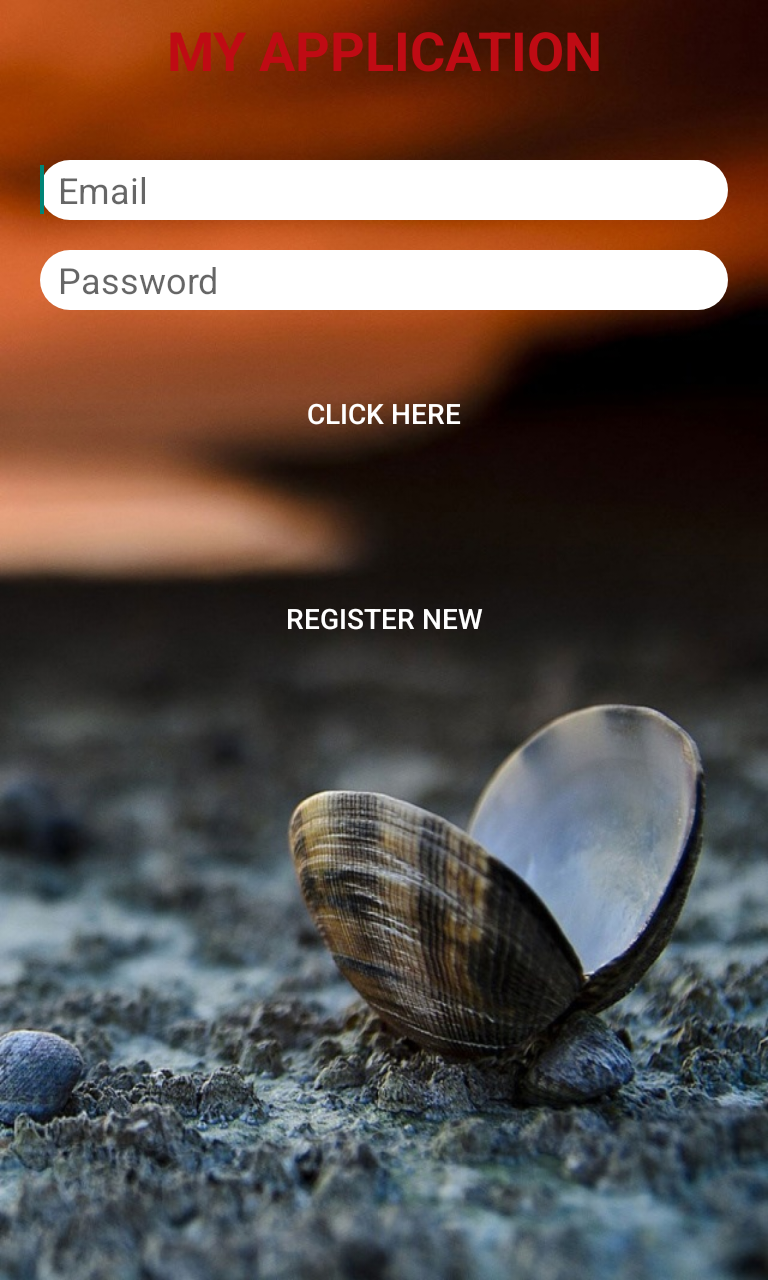
Repository: adarshnair13/message
Layout: myproject/res/layout/adarsh.xml
An editor plug-in stored every save of this project. The layout is shown before and after the next save, followed by the edit.
It is drawn on a 768 x 1280 px phone screen (xhdpi) without system bars, with theme AppTheme; the app's code is not run.

Above is the layout before, as saved 2015-04-17 07:13:58.

### myproject/res/layout/adarsh.xml
<?xml version="1.0" encoding="utf-8"?>
<LinearLayout xmlns:android="http://schemas.android.com/apk/res/android"
    android:layout_width="match_parent"
    android:layout_height="match_parent"
    android:background="@drawable/shells"
    android:orientation="vertical" >

    <TextView
        android:id="@+id/textView1"
        android:layout_width="match_parent"
        android:layout_height="50dp"
        android:gravity="center"
        android:text="MY APPLICATION"
        android:textColor="#BF0B14"
        android:textSize="27dp"
        android:textStyle="bold" />

    <EditText
        android:id="@+id/editText1"
        android:layout_width="match_parent"
        android:layout_height="30dp"
        android:layout_marginLeft="20dp"
        android:layout_marginRight="20dp"
        android:layout_marginTop="30dp"
        android:background="@drawable/curve"
        android:ems="10"
        android:hint="  Email"
        android:inputType="textEmailAddress" >

        <requestFocus />
    </EditText>

    <EditText
        android:id="@+id/editText2"
        android:layout_width="match_parent"
        android:layout_height="30dp"
        android:layout_marginLeft="20dp"
        android:layout_marginRight="20dp"
        android:layout_marginTop="15dp"
        android:background="@drawable/curve"
        android:ems="10"
        android:hint="  Password"
        android:inputType="textPassword" />

    <Button
        android:id="@+id/button1"
        style="?android:attr/buttonStyleSmall"
        android:layout_width="match_parent"
        android:layout_height="33dp"
        android:layout_margin="35dp"
        android:background="#00404040"
        android:onClick="ClickButton"
        android:text="Click Here"
        android:textColor="#ffffff" />

    <Button
        android:id="@+id/button2"
        style="?android:attr/buttonStyleSmall"
        android:layout_width="match_parent"
        android:layout_height="32dp"
        android:layout_margin="35dp"
        android:background="#00ffffff"
        android:onClick="PressButton"
        android:text="Register New"
        android:textColor="#ffffff" />

</LinearLayout>

### myproject/res/drawable/curve.xml
<?xml version="1.0" encoding="utf-8"?>
<shape xmlns:android="http://schemas.android.com/apk/res/android" >

    <solid android:color="#ffffff" />

    <corners android:radius="25dp" />

</shape>

Loaded but not shown: myproject/res/values/styles.xml (common file); myproject/res/values-v11/styles.xml (common file); myproject/res/values-v14/styles.xml (common file)

After the next save:
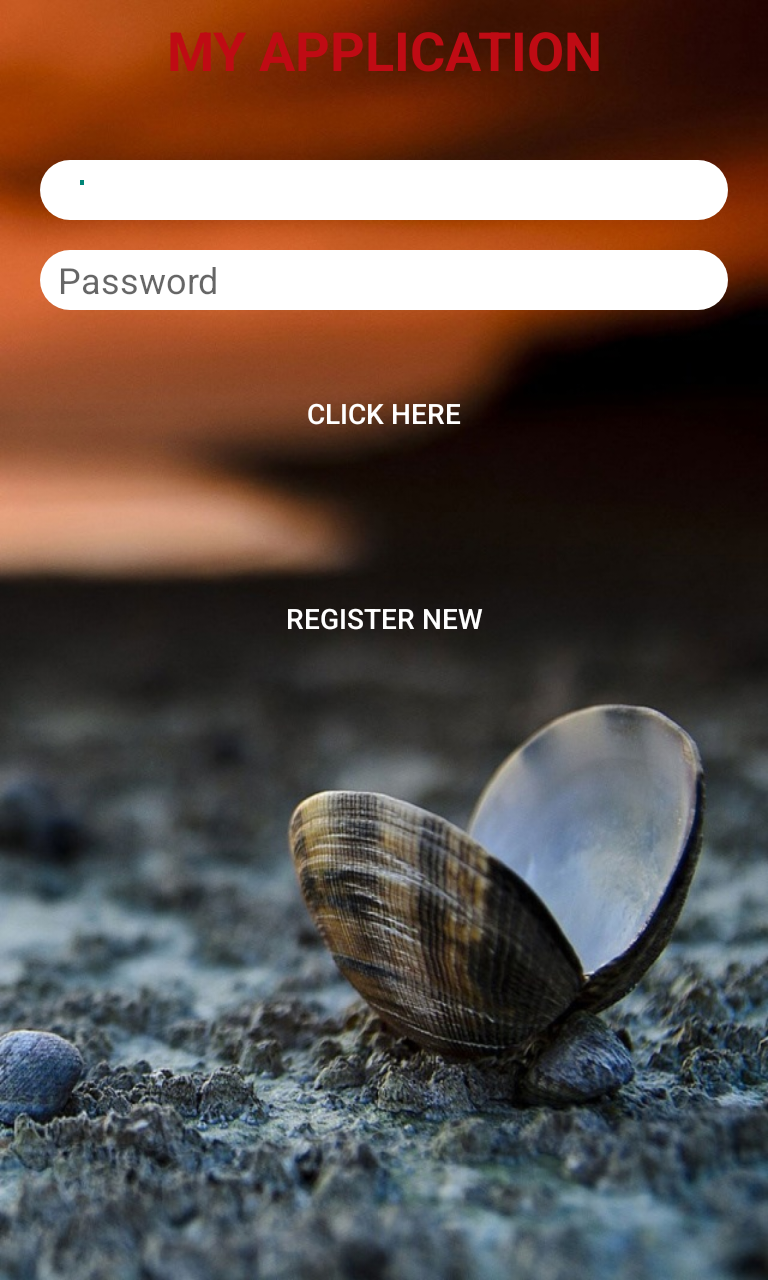
Saved 64 s later.
--- a/myproject/res/layout/adarsh.xml
+++ b/myproject/res/layout/adarsh.xml
@@ -23,6 +23,7 @@
         android:layout_marginRight="20dp"
         android:layout_marginTop="30dp"
         android:background="@drawable/curve"
+        android:padding="20dp"
         android:ems="10"
         android:hint="  Email"
         android:inputType="textEmailAddress" >
